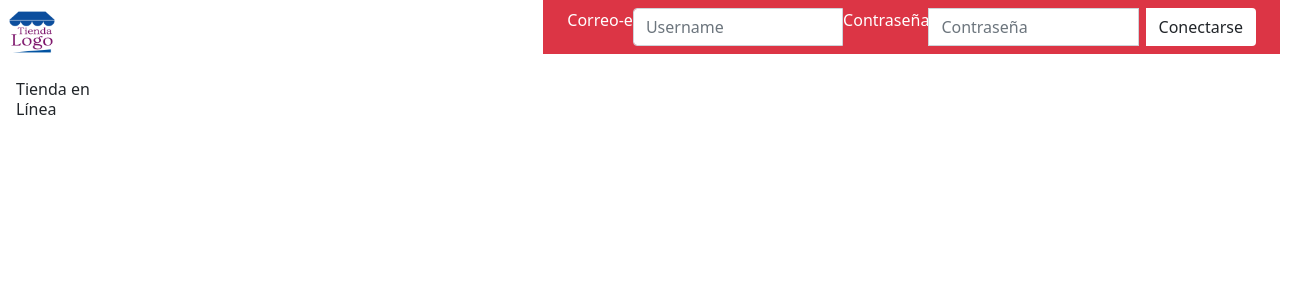
Repository: nicorp00/bootstrapSass
Page: Main/index.html
These files come from the project's save history. The page is drawn as it stood at one moment and after the next save; the edit follows.
The browser window is 1280 px wide. The page is 1292 px wide, so the pictures cover 1292 px, including what lies to the right of the window. The pictures show the whole page.
The style sheet was rebuilt from its Sass, Less or Tailwind sources for each picture, by a compiler version that may differ from the author's.

Above is the page before, as saved 2022-03-25 11:10:02.

After the next save:
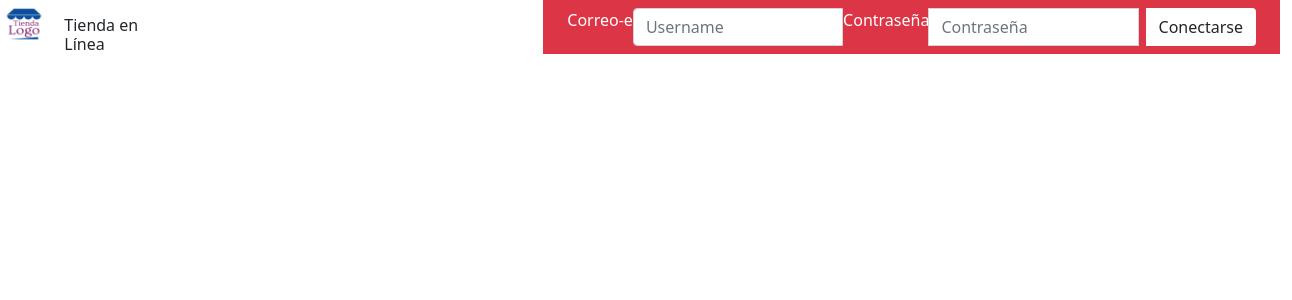
Saved 4 s later.
--- a/Main/index.html
+++ b/Main/index.html
@@ -13,7 +13,7 @@
         <div class="col-2">
             <div class="card mb-3 border-0" style="max-width: 540px;">
                 <div class="row g-0">
-                  <div class="col-md-4">
+                  <div class="col-md-3">
                     <img src="img/logo.png" class="img-fluid rounded-start" alt="...">
                   </div>
                   <div class="col-md-9">
